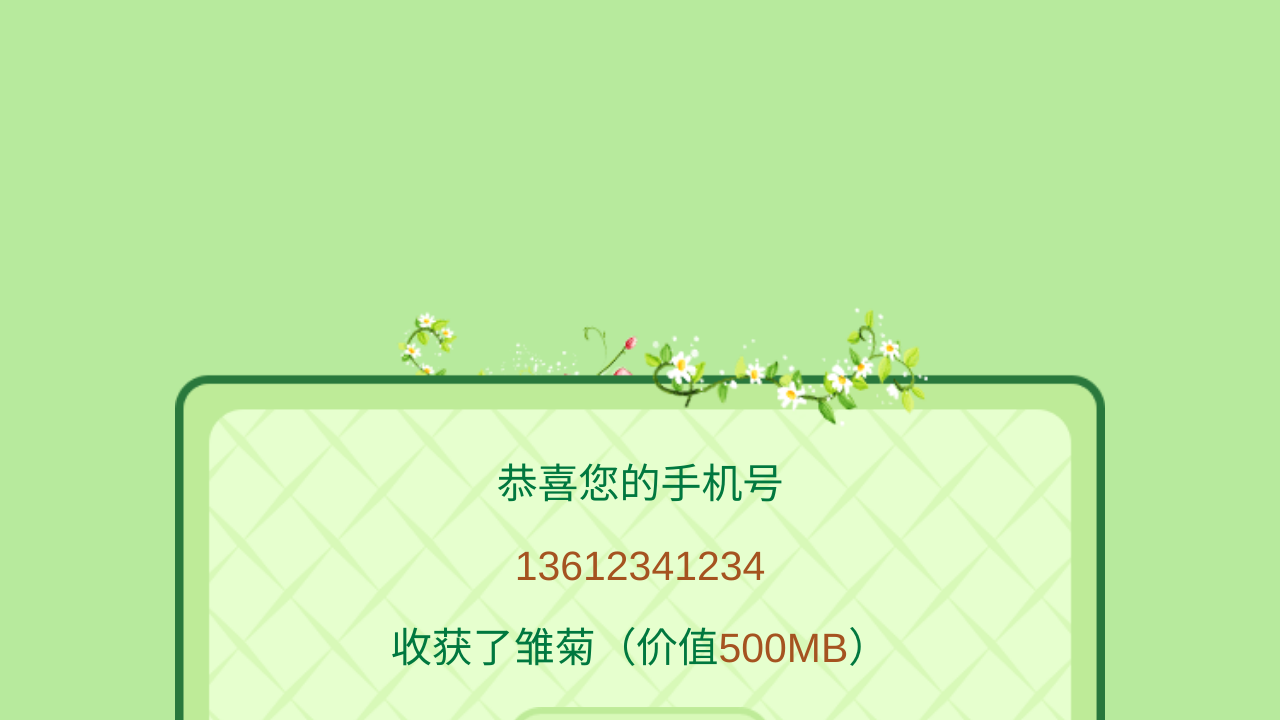
Repository: wangbiaozy/zh
Page: index.html
An editor plug-in stored every save of this project. The page is shown before and after the next save, followed by the edit.
The browser window is 1280 px wide. The pictures show the whole page.

Above is the page before, as saved 2019-03-18 19:22:31.
Console error: TypeError: Cannot read properties of undefined (reading 'style')

### index.html
<!DOCTYPE html>
<html lang="en">

<head>
    <meta charset="UTF-8">
    <meta name="viewport" content="width=device-width, initial-scale=1.0, maximum-scale=1.0, minimum-scale=1.0, user-scalable=no, viewport-fit=cover">
    <meta http-equiv="X-UA-Compatible" content="ie=edge">
    <title>北京移动</title>
    <link rel="stylesheet" href="css/reset.min.css">
    <link rel="stylesheet/less" href="css/styles.less">
    <script src="js/less-1.7.0.min.js"></script>
    <script src="js/jquery-1.10.1.min.js"></script>
    <script src="js/imgLoader.js"></script>
    <script>
        imgLoader([
            'images/banner.png',
            'images/bdsjh.png',
            'images/bg_01.png',
            'images/bg_02.png',
            'images/btn_cj.png',
            'images/btn_cjhd.png',
            'images/btn_dhff.png',
            'images/btn_dl.png',
            'images/btn_fshy.png',
            'images/btn_lj.png',
            'images/btn_qd.png',
            'images/btn_qdl.png',
            'images/btn_qr.png',
            'images/btn_qx.png',
            'images/btn_xg.png',
            'images/btn_zz.png',
            'images/c1.png',
            'images/c2.png',
            'images/c3.png',
            'images/c4.png',
            'images/c5.png',
            'images/card_1.png',
            'images/card_2.png',
            'images/card_3.png',
            'images/card_4.png',
            'images/card_5.png',
            'images/card.png',
            'images/close.png',
            'images/default.jpg',
            'images/erweima.png',
            'images/fire.gif',
            'images/fri_bg_01.png',
            'images/fri_bg_02.png',
            'images/fri_bg_03.png',
            'images/gongxi.png',
            'images/guang1.png',
            'images/guang2.png',
            'images/hdgz.png',
            'images/home_bg_01.png',
            'images/home_bg_02.png',
            'images/home_bg_03.png',
            'images/hyzl.png',
            'images/longjiao.png',
            'images/longshen.png',
            'images/longtou.png',
            'images/longwei.png',
            'images/longzhu.png',
            'images/longzhua.png',
            'images/rule_btn.png',
            'images/share.png',
            'images/sjhm.png',
            'images/start_btn.png',
            'images/submit.png',
            'images/tc_1_text.png',
            'images/tc_bg.png',
            'images/tc_card.png',
            'images/tc_title_1.png',
            'images/tc_title_2.png',
            'images/tc_title_3.png',
            'images/xxqr.png',
            'images/yun_1.png',
            'images/yun_2.png',
            'images/yun_3.png',
            'images/yun.png',
            'images/yzm.png'
        ], function (percentage) {
            var percentT = percentage * 100;
            $('.loader_info').html('Loading ' + (parseInt(percentT)) + '%');
            $('.loader_progress')[0].style.width = percentT + '%';
            if (percentage == 1) {
                /* $('.loader').remove();
                $('.home').show(); */
            }
        });
    </script>
</head>
<body>
    <!--loading-->
    <!-- <section class="loader">
        <div class="loader_info"></div>
        <div>
            <div class="loader_progress"></div>
        </div>
    </section> -->
    <!-- 首页 -->
    <section id="home" class="home">
        <div>
            <a href="javascript: void(0)" class="rule-btn"></a>
        </div>
        <div>
            <div></div>
        </div>
        <div>
            <a href="javascript: void(0)" id="start-btn"></a>
            <div>
                <p id="countDown"><i>倒计时：</i><span>7</span>天<span>00</span>时<span>00</span>分<span>00</span>秒</p>
            </div>
            <p>4月8日-4月14日&nbsp;&nbsp;&nbsp;&nbsp;活动将于4月14日结束，务必到期前领取</p>
        </div>
    </section>
    <!-- 活动规则页 -->
    <section id="rule" class="rule">
        <div>
            <div></div>
            <div>
                <ul>
                    <li>
                        <h3>一 活动时间：</h3>
                        <p>即日起——4月14日</p>
                        <h3>二 活动介绍：</h3>
                        <p>活动期间，用户通过北京移动微信公众号，可参与“天天种花得流量”活动。用户每天可获得一颗种子，通过添加物料（水、阳光、肥料），完成种植，收获花朵并获得对应流量奖品。</p>
                        <p>获取物料方法：</p>
                        <p>1、用户首次参与活动可领取水、阳光、肥料各1份。</p>
                        <p>2、分享活动给好友，邀请其助力赠送，可获得更多物料。（好友助力次数不限，但为同一用户仅可助力一次。）</p>
                        <h3>三 奖品规则：</h3>
                        <p>活动奖品包含：100MB、200MB、500MB、1GB、2GB、3GB全国流量，及部分免费业务体验资格、优惠业务办理资格。</p>
                        <p>（一）流量奖品</p>
                        <p>1.流量档位包括100MB、200MB、500MB、1GB、2GB、3GB全国流量；</p>
                        <p>2.奖品将于领取后15日内，自动充入用户的微信关注绑定手机号，流量自充入日起生效，有效期至本月月末；</p>
                        <p>3.活动赠送套外国内流量，优先级低于主套餐、可选包、短促包、定向流量包等，赠送流量无法共享，不可结转；</p>
                        <p>4.处于保留期、保号期、挂失、申停、欠停、转品牌过渡期的手机号；物联网卡、4G超级日租卡套餐、神州行开心听、语音套餐卡、神州行B标准资费基本策划等特殊资费用户无法领取赠送流量；</p>
                        <p>5.赠送流量每月仅可领取100次，超出上限不可领取；</p>
                        <p>6.北京移动用户抽中流量奖品后，自动充入关注绑定账户。非北京移动用户抽中流量奖品后可以转赠给北京移动手机号码。</p>
                        <p>（二）其它奖品</p>
                        <p>规则详见各奖品办理页面</p>
                        <p>温馨提示：</p>
                        <p>1、活动将于4月14日结束，请您务必于活动结束前完成领奖，逾期视为自动放弃奖品。</p>
                        <p>2、活动页面内可手动关闭活动提醒。如不关闭，默认每天发放服务通知，提醒用户活动状态已更新。</p>
                    </li>
                </ul>
                <a href="javascript:void(0)">确定</a>
            </div>
        </div>
        <div></div>
    </section>
    <!-- 主页 -->
    <section id="main" class="main">
        <div>
            <a href="javascript:void(0)" class="rule-btn"></a>
            <a href="javascript:void(0)" class="method-btn"></a>
            <div>
                <a href="javascript:void(0)"></a>
                <p>活动通知</p>
            </div>
        </div>
        <div>
            <div></div>
        </div>
        <div>
            <ul>
                <li>
                    <span>3</span>
                </li>
                <li>
                    <span>3</span>
                </li>
                <li>
                    <span>3</span>
                </li>
            </ul>
            <ul>
                <li>奖励花园</li>
                <li>获取能量</li>
            </ul>
        </div>
        <div>
            <h3></h3>
            <ul>
                <p>您还没有好友给您助力哦~</p>
                <!-- <li>
                    <div>
                        <img src="./images/fri_default.png" alt="">
                    </div>
                    <p>胖子胖子胖子胖子</p>
                    <p>帮忙增加了<span>肥料</span></p>
                    <p>3月1日</p>
                </li> -->
            </ul>
        </div>
    </section>
    <!-- 玩法锦囊页 -->
    <section id="method" class="method">
        <div></div>
        <div></div>
        <div></div>
        <div></div>
        <div></div>
        <a href="javascript: void(0)">确定</a>
    </section>
    <!-- 我的奖励花园页 -->
    <section id="gift" class="gift">
        <div>
            <div>
                <div></div>
                <ul>
                    <li>
                        <img src="./images/flower_0.png" alt="">
                        <a href="javascript: void(0)"></a>
                    </li>
                    <li>
                        <img src="./images/flower_0.png" alt="">
                        <a href="javascript: void(0)"></a>
                    </li>
                    <li>
                        <img src="./images/flower_0.png" alt="">
                        <a href="javascript: void(0)"></a>
                    </li>
                    <li>
                        <img src="./images/flower_0.png" alt="">
                        <a href="javascript: void(0)"></a>
                    </li>
                    <li>
                        <img src="./images/flower_0.png" alt="">
                        <a href="javascript: void(0)"></a>
                    </li>
                    <li>
                        <img src="./images/flower_0.png" alt="">
                        <a href="javascript: void(0)"></a>
                    </li>
                    <li>
                        <img src="./images/flower_0.png" alt="">
                        <a href="javascript: void(0)"></a>
                    </li>
                </ul>
                <div></div>
                <a href="javascript: void(0)">返回</a>
            </div>
        </div>
        <div></div>
    </section>
    <!-- 二维码页 -->
    <section id="code" class="code">
        <div>
            <div>
                <div>
                    <p>亲爱的用户<br>天天种花得流量活动邀你参加<br>天天有惊喜哦~</p>
                </div>
                <div>
                    <div>
                        <img src="./images/erweima.jpg" alt="">
                    </div>
                </div>
            </div>
        </div>
        <div></div>
    </section>
    <!-- 添加物料弹窗 -->
    <section class="model addModel message-model">
        <div>
            <p>您已成功为种子<br><span>添加了阳光</span><br>种子已进入<span>成熟</span>期<br>快来看看吧</p>
        </div>
        <a href="javascript: void(0)">确定</a>
    </section>
    <!-- 发送好友弹窗 -->
    <section class="model to-friend message-model">
        <div>
            <p>您需要积攒能量<br>才能种出神秘花朵<br>还有抽大奖的机会哦<br>快请好友帮忙吧</p>
        </div>
        <a href="javascript:void(0)">发送好友</a>
    </section>
    <!-- 开始 种子弹窗 -->
    <section class="model tc-0">
        <div>
            <p>恭喜您已经播种了<br>一颗神秘种子<br>快去养育TA～</p>
            <div></div>
            <p>看看可以收获什么花吧！！</p>
            <p>送您阳光、水壶、肥料各一份</p>
        </div>
        <a href="javascript:void(0)">确定</a>
    </section>
    <!-- 本网获得流量弹窗 -->
    <section class="model tc-1">
        <div>
            <p>恭喜您的手机号</p>
            <p>15910943650</p>
            <p>收货了<span>雏菊</span>（价值<span>500MB</span>）</p>
            <img src="./images/flower_tc_1.png" alt="">
            <p>流量将于7日内到账</p>
            <p>有效期至本月月末</p>
            <a href=""></a>
        </div>
        <a href="javascript:void(0)">确定</a>
    </section>
    <!-- 异网流量弹窗 1-->
    <section class="model tc-2">
        <div>
            <p>恭喜您的手机号</p>
            <p>13612341234</p>
            <p>收获了<span>雏菊</span>（价值<span>500MB</span>）</p>
            <img src="./images/flower_tc_1.png" alt="">
            <p>您可以转赠到北京移动号码内</p>
            <p>（流量仅可在活动期间内进行转赠）</p>
        </div>
        <div>
            <a href="javascript:void(0)">取消</a>
            <a href="javascript:void(0)">转赠</a>
        </div>
    </section>
    <!-- 异网流量弹窗 2 -->
    <section class="model tc-3">
        <div>
            <p>请输入好友北京移动手机号码</p>
            <div>
                <p>手机号码</p>
                <input id="inputTel" type="number" pattern="[0-9]*" oninput="if(value.length>11)value=value.slice(0,11)">
            </div>
            <p>（流量仅可在活动期间进行转赠）</p>
        </div>
        <a href="javascript:void(0)">确定</a>
    </section>
     <!-- 异网流量弹窗 3 -->
    <section class="model tc-4">
        <div>
            <p>恭喜您的手机号</p>
            <p>13612341234</p>
            <p>收获了<span>雏菊</span>（价值<span>500MB</span>）</p>
            <img src="./images/flower_tc_1.png" alt="">
            <p>您可以转赠到北京移动号码内</p>
            <p>（流量仅可在活动期间内进行转赠）</p>
        </div>
        <div>
            <a href="javascript:void(0)">取消</a>
            <a href="javascript:void(0)">转赠</a>
        </div>
    </section>
    <!-- 分享浮层 -->
    <section class="share">
        <div>
            <span></span>
        </div>
    </section>
    <!-- 遮罩层 -->
    <section class="mask" id="mask"></section>
</body>
</html>
<script src="js/index.js"></script>

### css/reset.min.css
@charset "utf-8";
/*默认样式清除和初始化*/
body,h1,h2,h3,h4,h5,h6,hr,p,blockquote,dl,dt,dd,ul,ol,li,button,input,textarea,th,td{margin:0;padding:0}body{font-size:12px;font-style:normal;font-family:"\5FAE\8F6F\96C5\9ED1",Helvetica,sans-serif}small{font-size:12px}h1{font-size:18px}h2{font-size:16px}h3{font-size:14px}h4,h5,h6{font-size:100%}ul,ol{list-style:none}a{text-decoration:none;background-color:transparent}a:hover,a:active{outline-width:0;text-decoration:none}table{border-collapse:collapse;border-spacing:0}hr{border:0;height:1px}img{border-style:none}img:not([src]){display:none}svg:not(:root){overflow:hidden}html{-webkit-touch-callout:none;-webkit-text-size-adjust:100%}input,textarea,button,a{-webkit-tap-highlight-color:rgba(0,0,0,0)}article,aside,details,figcaption,figure,footer,header,main,menu,nav,section,summary{display:block}audio,canvas,progress,video{display:inline-block}audio:not([controls]),video:not([controls]){display:none;height:0}progress{vertical-align:baseline}mark{background-color:#ff0;color:#000}sub,sup{position:relative;font-size:75%;line-height:0;vertical-align:baseline}sub{bottom:-0.25em}sup{top:-0.5em}button,input,select,textarea{font-size:100%;outline:0}button,input{overflow:visible}button,select{text-transform:none}textarea{overflow:auto}button,html [type="button"],[type="reset"],[type="submit"]{-webkit-appearance:button}button::-moz-focus-inner,[type="button"]::-moz-focus-inner,[type="reset"]::-moz-focus-inner,[type="submit"]::-moz-focus-inner{border-style:none;padding:0}button:-moz-focusring,[type="button"]:-moz-focusring,[type="reset"]:-moz-focusring,[type="submit"]:-moz-focusring{outline:1px dotted ButtonText}[type="checkbox"],[type="radio"]{box-sizing:border-box;padding:0}[type="number"]::-webkit-inner-spin-button,[type="number"]::-webkit-outer-spin-button{height:auto}[type="search"]{-webkit-appearance:textfield;outline-offset:-2px}[type="search"]::-webkit-search-cancel-button,[type="search"]::-webkit-search-decoration{-webkit-appearance:none}::-webkit-input-placeholder{color:inherit;opacity:.54}::-webkit-file-upload-button{-webkit-appearance:button;font:inherit}.clear:after{display:block;height:0;content:"";clear:both}
*{ -webkit-tap-highlight-color: rgba(0,0,0,0);-webkit-tap-highlight-color: transparent; /* For some Androids */ }

### js/imgLoader.js
/**
 * Created by wangbiaozy on 2017/12/11.
 */
(function () {
    function isArray(obj) {
        return Object.prototype.toString.call(obj) === '[object Array]';
    }

    /**
     * @param imgList 要加载的图片地址列表，['aa/asd.png','aa/xxx.png']
     * @param callback 每成功加载一个图片之后的回调，并传入“已加载的图片总数/要加载的图片总数”表示进度
     * @param timeout 每个图片加载的超时时间，默认为5s
     */
    var loader = function (imgList, callback, timeout) {
        timeout = timeout || 5000;
        imgList = isArray(imgList) && imgList || [];
        callback = typeof(callback) === 'function' && callback;

        var total = imgList.length,
            loaded = 0,
            imgages = [],
            _on = function () {
                loaded < total && (++loaded, callback && callback(loaded / total));
            };

        if (!total) {
            return callback && callback(1);
        }

        for (var i = 0; i < total; i++) {
            imgages[i] = new Image();
            imgages[i].onload = imgages[i].onerror = _on;
            imgages[i].src = imgList[i];
        }

        /**
         * 如果timeout * total时间范围内，仍有图片未加载出来（判断条件是loaded < total），通知外部环境所有图片均已加载
         * 目的是避免用户等待时间过长
         */
        setTimeout(function () {
            loaded < total && (loaded = total, callback && callback(loaded / total));
        }, timeout * total);

    };

    "function" === typeof define && define.cmd ? define(function () {
        return loader
    }) : window.imgLoader = loader;
})();

Loaded but not shown: js/less-1.7.0.min.js (library); js/jquery-1.10.1.min.js (library); js/index.js (497 lines, source omitted)

After the next save:
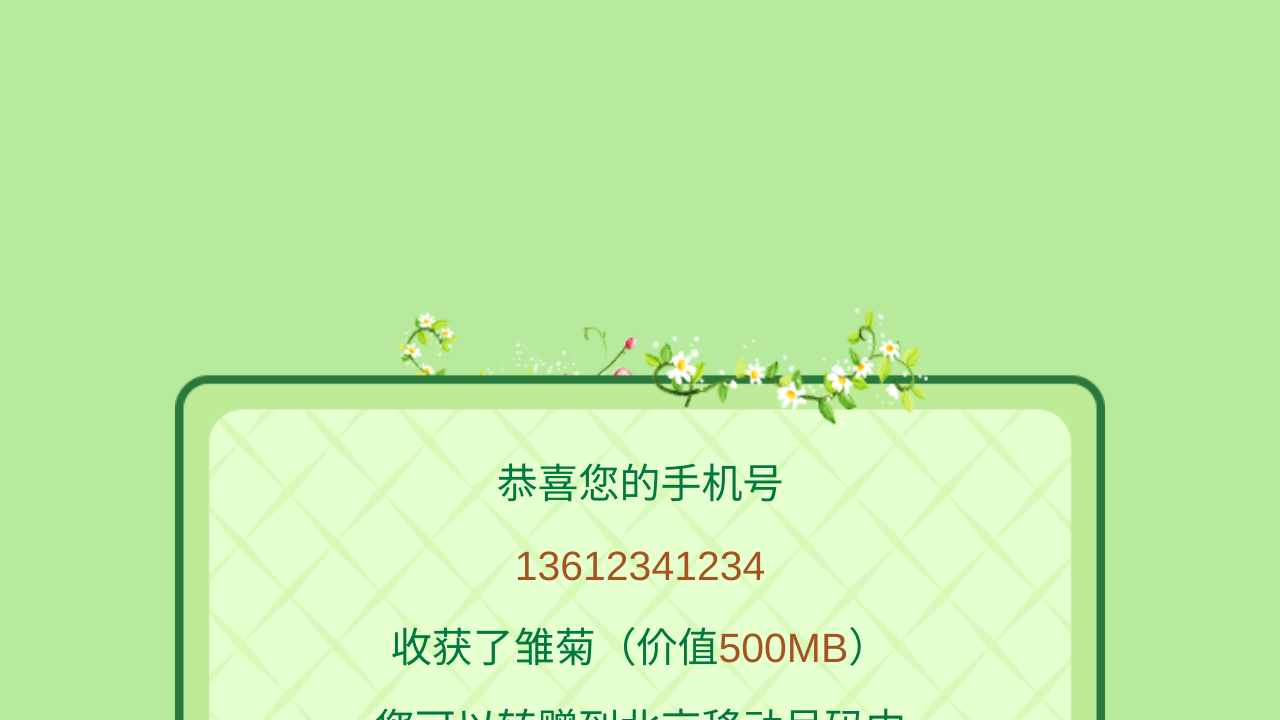
Saved 3 min 3 s later.
--- a/index.html
+++ b/index.html
@@ -329,7 +329,6 @@
             <p>恭喜您的手机号</p>
             <p>13612341234</p>
             <p>收获了<span>雏菊</span>（价值<span>500MB</span>）</p>
-            <img src="./images/flower_tc_1.png" alt="">
             <p>您可以转赠到北京移动号码内</p>
             <p>（流量仅可在活动期间内进行转赠）</p>
         </div>
